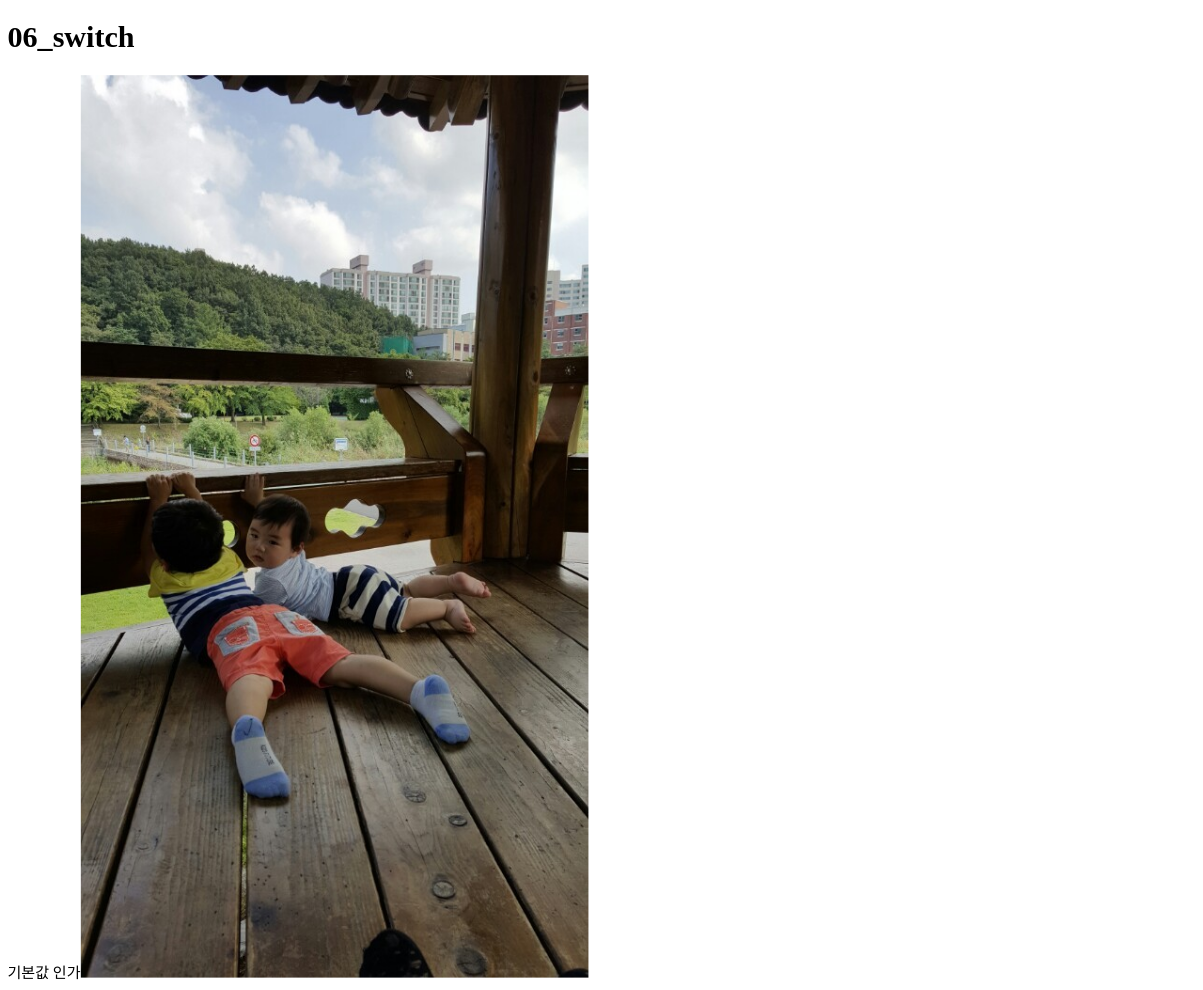
Repository: psun2/Korea-IT-Academy
Page: (back up) _ 오전/study_a/web_work/scriptProj/WebContent/first/06_switch.html
These files come from the project's save history. The page is drawn as it stood at one moment and after the next save; the edit follows.
The browser window is 1280 px wide. The pictures show the whole page, at 94% of full size.

Above is the page before, as saved 2020-07-30 06:14:32.

After the next save:
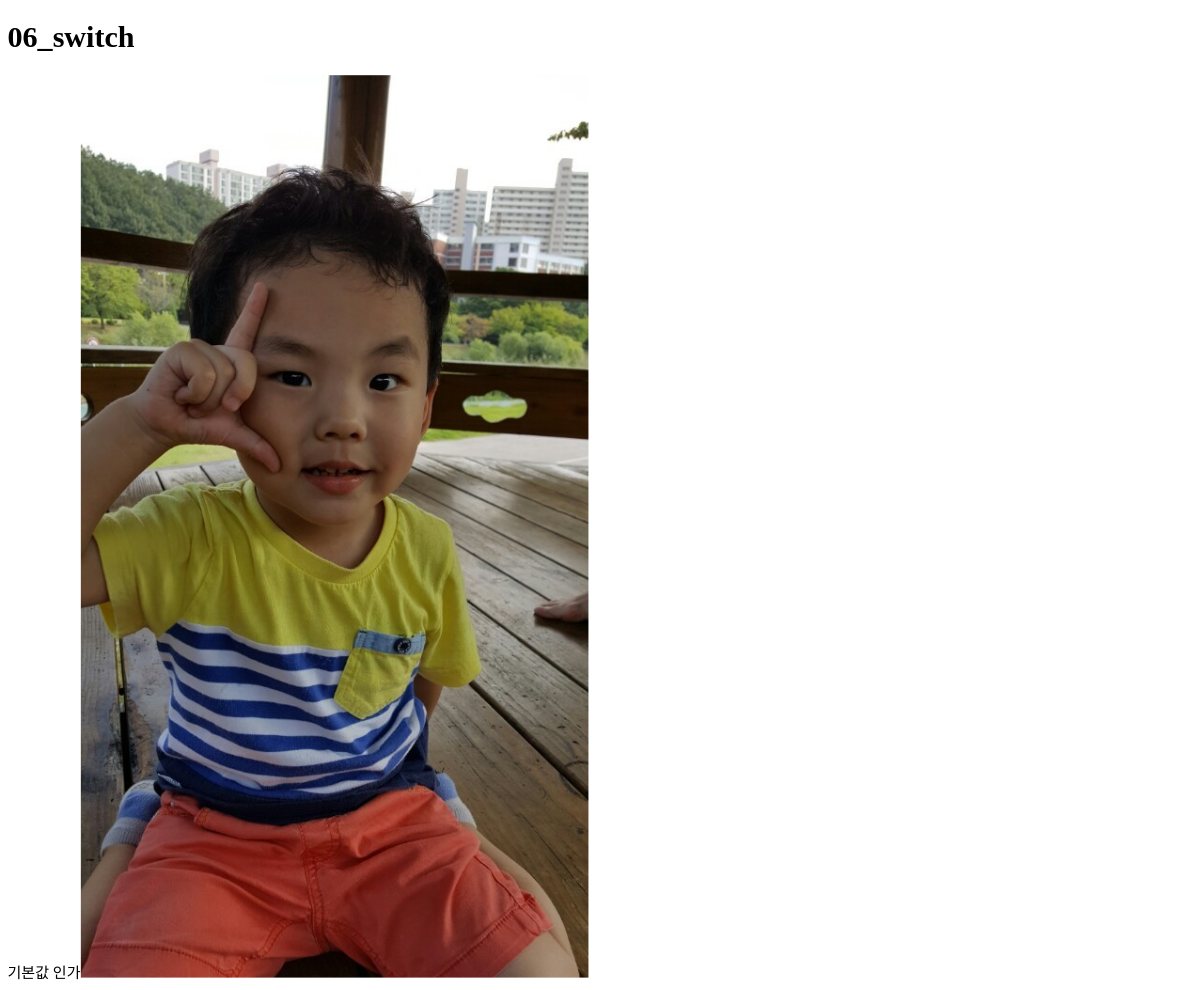
Saved 6 s later.
--- a/(back up) _ 오전/study_a/web_work/scriptProj/WebContent/first/06_switch.html
+++ b/(back up) _ 오전/study_a/web_work/scriptProj/WebContent/first/06_switch.html
@@ -44,7 +44,7 @@
 		를 출력하세요
 	*/
 
-	var year = 3
+	var year = 4
 	var ff
 	switch(year){
 

After the save that followed:
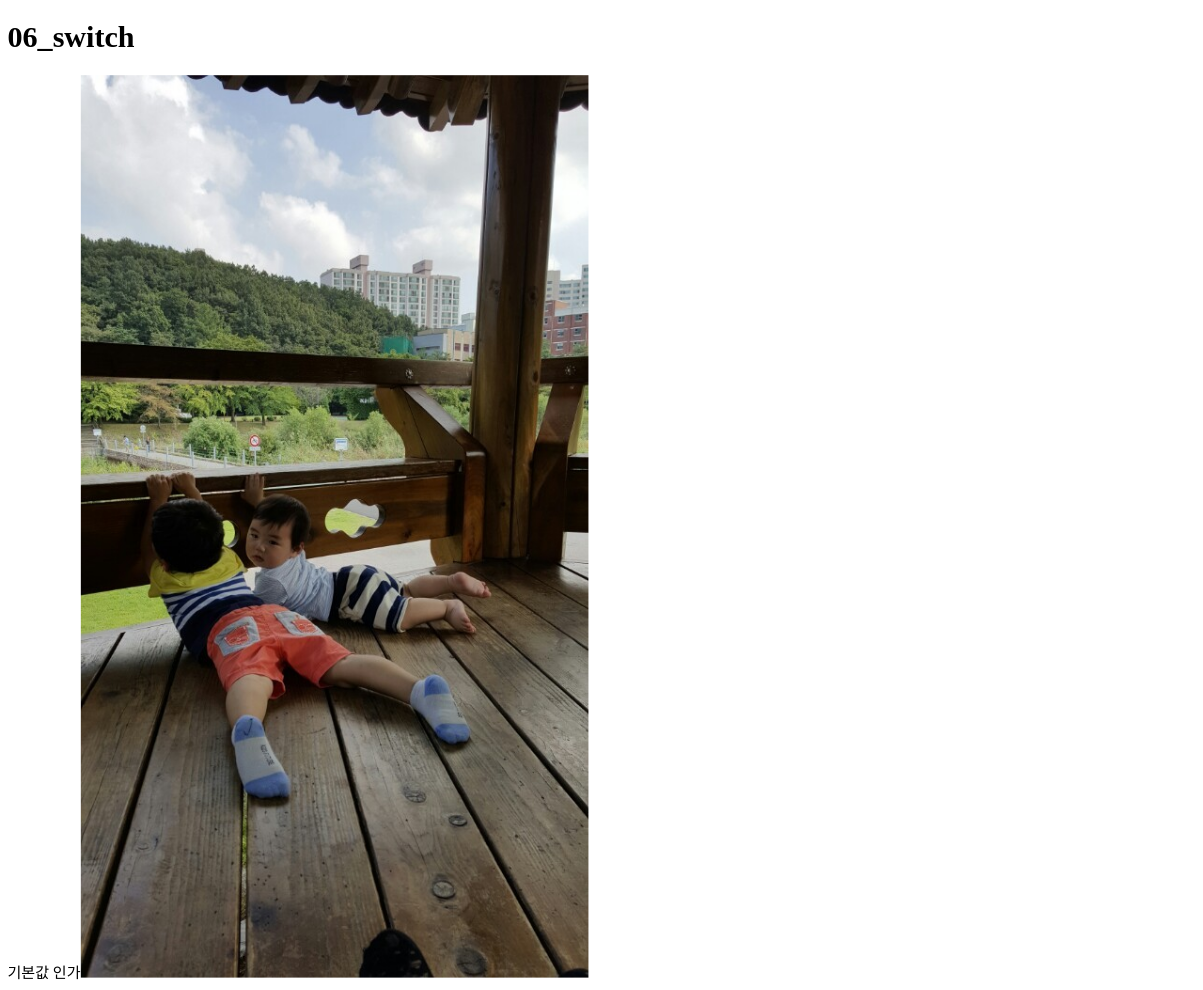
Saved 9 s later.
--- a/(back up) _ 오전/study_a/web_work/scriptProj/WebContent/first/06_switch.html
+++ b/(back up) _ 오전/study_a/web_work/scriptProj/WebContent/first/06_switch.html
@@ -44,7 +44,7 @@
 		를 출력하세요
 	*/
 
-	var year = 4
+	var year = 5
 	var ff
 	switch(year){
 
